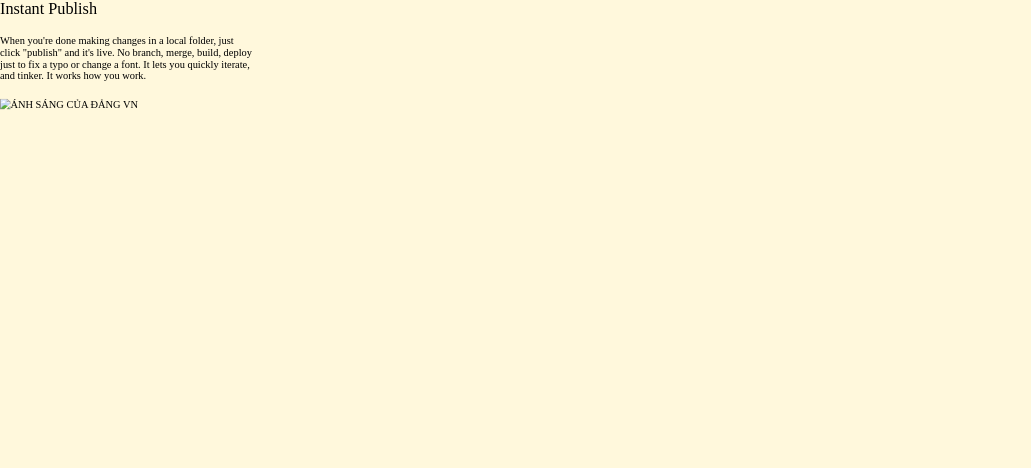
Repository: Pbemits/TEAMWORK-PROJECT-ONE
Page: index.html
The author's editor kept a copy of each file at every save. The page is drawn from the files as they stood at one save, then again after the next save.
The browser window is 1280 px wide. The page is 1280 px wide, then 1586 px, so the pictures cover 1586 px, including what lies to the right of the window. The pictures show the whole page, at 65% of full size.
Some web fonts or font styles are not loaded; a fallback is used.

Above is the page before, as saved 2023-09-01 22:46:15.

After the next save:
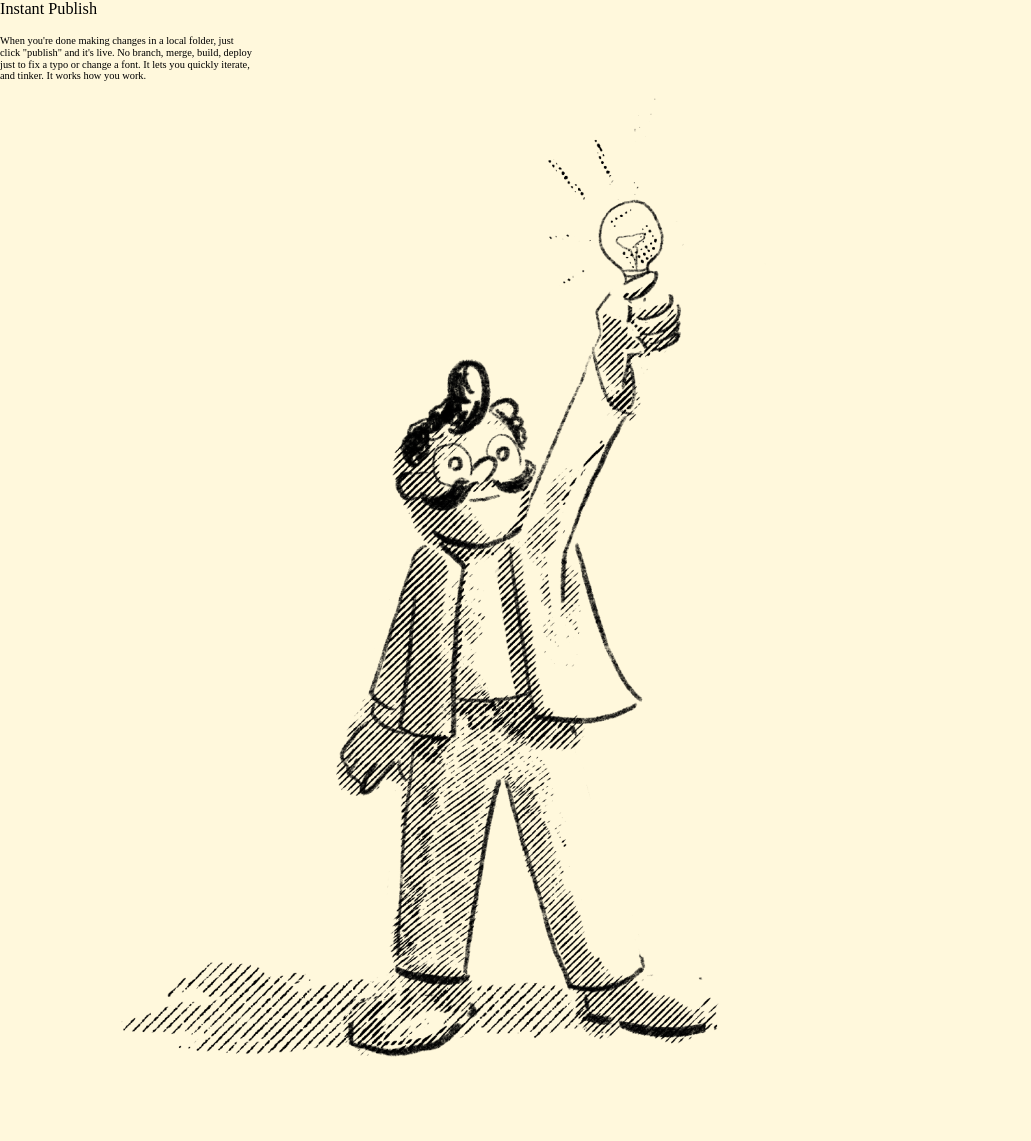
Saved 6 s later.
--- a/index.html
+++ b/index.html
@@ -42,7 +42,7 @@
                 <div class="wrapper-element-two">
                     <div class="wrapper-element-image">
                         <div class="element-img">
-                            <img src="" alt="ÁNH SÁNG CỦA ĐẢNG VN">
+                            <img src="./assets/image/ligter.png" alt="ÁNH SÁNG CỦA ĐẢNG VN">
                         </div>
                     </div>
                 </div>
